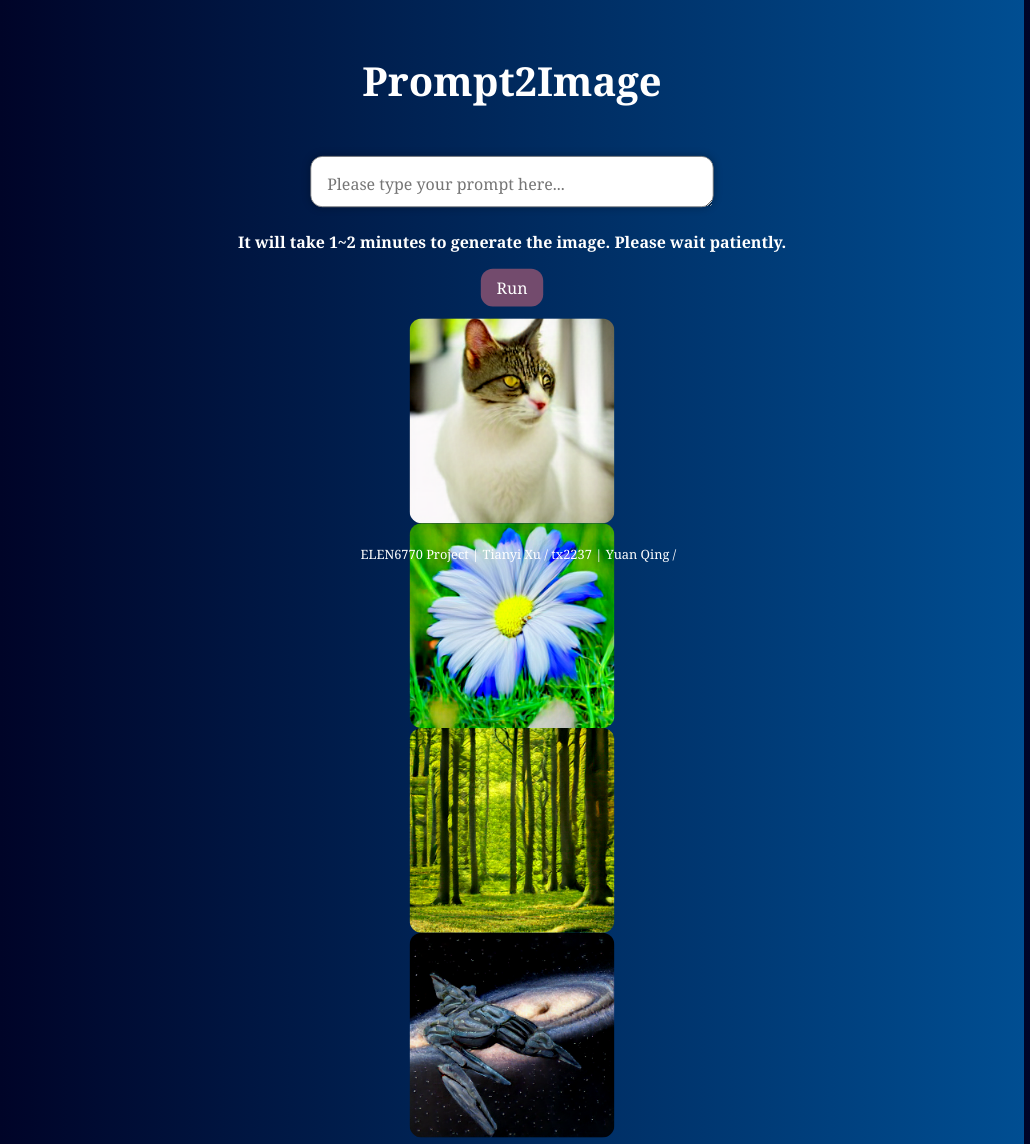
Repository: XTTTZ/Prompt2Image
Page: main4.html
An editor plug-in stored every save of this project. The page is shown before and after the next save, followed by the edit.
The browser window is 1280 px wide. The page is 1288 px wide, so the pictures cover 1288 px, including what lies to the right of the window. The pictures show the whole page, at 80% of full size.
The page's requests for data from a server got no answer.

Above is the page before, as saved 2023-12-01 00:29:51.

After the next save:
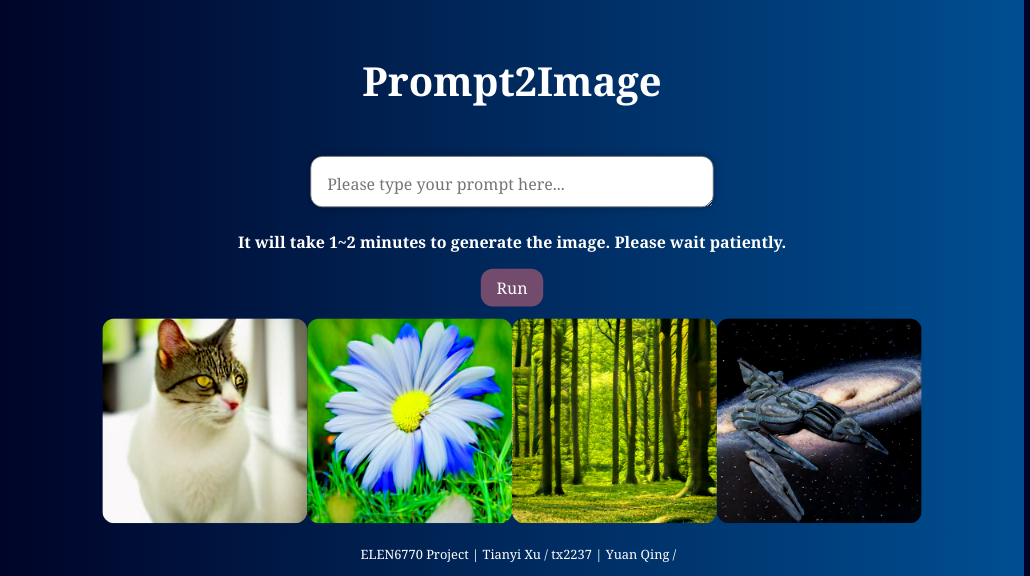
Saved 32 s later.
--- a/main4.html
+++ b/main4.html
@@ -111,7 +111,7 @@
         <label id="timeValue"></label>
     </form>
     <!-- Display generated images -->
-    <form id="exampleForm" style="flex-direction: column">
+    <form id="exampleForm" style="flex-direction: row">
         <img src="/static/cute cat.png" alt="描述">
         <img src="/static/flower on grass.png" alt="描述">
         <img src="/static/forest.png" alt="描述">
